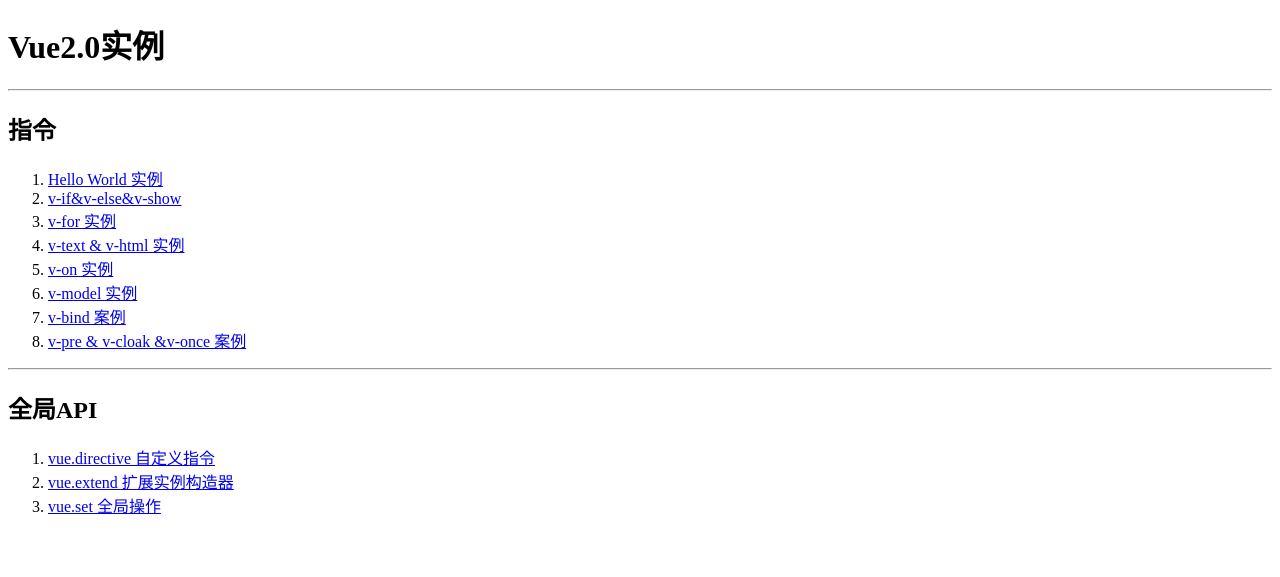
Repository: 13982720426/vue2.0-LearningNotes
Page: index.html
These files come from the project's save history. The page is drawn as it stood at one moment and after the next save; the edit follows.
The browser window is 1280 px wide. The pictures show the whole page.

Above is the page before, as saved 2021-06-24 19:29:01.

After the next save:
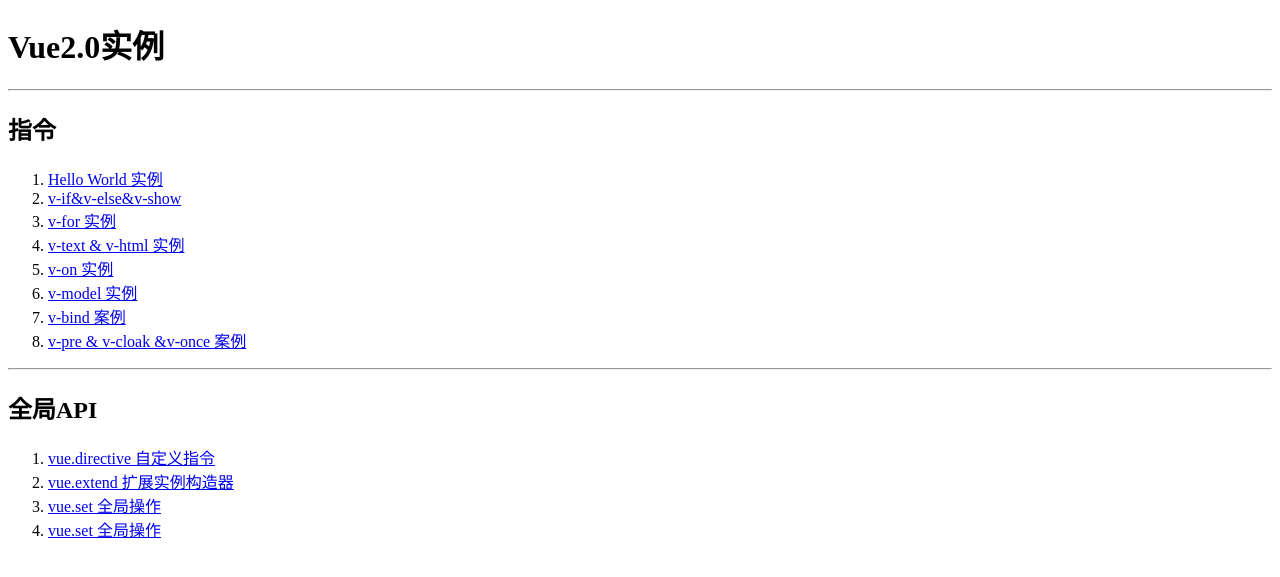
Saved 21 min 48 s later.
--- a/index.html
+++ b/index.html
@@ -27,6 +27,7 @@
       <li><a href="./example/vue.directive.html">vue.directive 自定义指令</a></li>
       <li><a href="./example/vue.extend.html">vue.extend 扩展实例构造器</a></li>
       <li><a href="./example/vue.set.html">vue.set 全局操作</a></li>
+      <li><a href="./example/vue.set.html">vue.set 全局操作</a></li>
     </ol>
   </body>
 </html>
